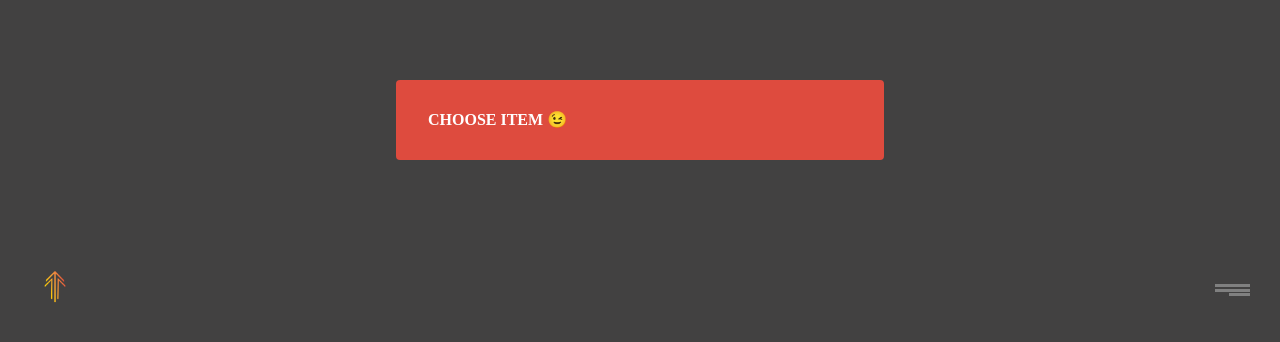
Repository: fdhhhdjd/React-Witth-Framer-Motion
Page: /
These files come from the project's save history. The page is drawn as it stood at one moment and after the next save; the edit follows.
The browser window is 1280 px wide. The pictures show the whole page.
The project was rebuilt for these pictures with package versions that can differ from the ones it lists, and the page was loaded fresh each time. Also part of the build but not shown: src/App.css.

Above is the page before, as saved 2021-10-11 20:54:55.

### src/index.css
body {
  margin: 0;
  font-family: -apple-system, BlinkMacSystemFont, 'Segoe UI', 'Roboto', 'Oxygen',
    'Ubuntu', 'Cantarell', 'Fira Sans', 'Droid Sans', 'Helvetica Neue',
    sans-serif;
  -webkit-font-smoothing: antialiased;
  -moz-osx-font-smoothing: grayscale;
  background-color: rgb(66, 65, 65);
}

code {
  font-family: source-code-pro, Menlo, Monaco, Consolas, 'Courier New',
    monospace;
}

### src/App.js
import logo from "./logo.svg";
import "./App.css";
import { Switch, BrowserRouter, Route } from "react-router-dom";
import { Dropdown, ChooseImg } from "./Import/Index";
function App() {
  return (
    <BrowserRouter>
      <Dropdown />
      <Switch>
        <Route exact path="/" component={ChooseImg} />
      </Switch>
    </BrowserRouter>
  );
}

export default App;

### src/Import/Index.js
export { default as Dropdown } from "../Page/Dropdown/Dropdown";
export { default as ChooseImg } from "../Component/ChooseImg/ChooseImg";

### src/Page/Dropdown/Dropdown.js
import React, { useState, useEffect } from "react";
import "./Dropdown.css";
import "./reset.css";
import {
  useRouteMatch,
  Link,
  Switch,
  Route,
  useLocation,
} from "react-router-dom";
const Dropdown = () => {
  const [select, setSelect] = useState("Choose Item 😉 ");
  const location = useLocation();
  useEffect(() => {
    if (location.pathname === "/mg") {
      setSelect("Choose Image");
    }
  }, [location]);
  const option = [
    {
      id: 1,
      name: "Choose Img",
      path: "/img",
    },
  ];
  return (
    <div class="dropdown">
      <div class="dropdown__select">
        <span class="dropdown__selected">{select}</span>
        <i class="fa fa-caret-down dropdown__caret"></i>
      </div>
      <ul class="dropdown__list">
        {option.map((item) => {
          return (
            <>
              <Link to={`${item.path}`} className="dropdown__item">
                <span class="dropdown__text">{item.name}</span>
              </Link>
            </>
          );
        })}
      </ul>
    </div>
  );
};

export default Dropdown;

### src/Component/ChooseImg/ChooseImg.js
import React from "react";
import { AnimatePresence } from "framer-motion";
import { Route, Switch, useLocation } from "react-router-dom";
import Navigator from "../../Component/Navigator/Navigator";
import "./ChooseImg.css";
const ChooseImg = () => {
  return (
    <div>
      <Navigator />
    </div>
  );
};

export default ChooseImg;

### src/Page/Dropdown/Dropdown.css
html {
    font-size: 62.5%;
    font-family: "Poppins", sans-serif;
  }
  * {
    box-sizing: border-box;
  }
  :root {
    --primary: #de4b3e;
    --secondary: #c74237;
  }
  .dropdown {
    width: 100%;
    max-width: 30.5rem;
    margin: 5rem auto;
    position: relative;
    color: white;
    text-transform: uppercase;
    font-size: 1rem;
    font-weight: bold;
    border-radius: 4px;
  }
  .dropdown__select {
    border-radius: inherit;
  }
  .dropdown__list {
    margin-top: 2.5rem;
    position: absolute;
    top: 100%;
    left: 0;
    right: 0;
    display: none;
  }
  .dropdown__list:before {
    content: "";
    height: 2.5rem;
    position: absolute;
    left: 0;
    right: 0;
    background-color: transparent;
    transform: translateY(-100%);
  }
  .dropdown:hover .dropdown__list {
    display: block;
  }
  .dropdown__select,
  .dropdown__item {
    width: 100%;
    padding: 2rem;
    background-color: var(--primary);
    display: flex;
    align-items: center;
    justify-content: space-between;
    cursor: pointer;
  }
  .dropdown__item {
    transition: background-color 0.2s linear;
  }
  .dropdown__item:first-child {
    border-radius: 4px 4px 0 0;
    position: relative;
  }
  .dropdown__item:first-child:before {
    content: "";
    position: absolute;
    top: 0;
    left: 3rem;
    border-left: 10px solid transparent;
    border-right: 10px solid transparent;
    border-bottom: 10px solid var(--primary);
    transform: translateY(-100%);
    transition: border-color 0.2s linear;
  }
  .dropdown__item:first-child:hover:before {
    border-bottom-color: var(--secondary);
  }
  .dropdown__item:last-child {
    border-radius: 0 0 4px 4px;
  }
  .dropdown__item:hover {
    background-color: var(--secondary);
  }

### src/Page/Dropdown/reset.css

html,
body,
div,
span,
applet,
object,
iframe,
h1,
h2,
h3,
h4,
h5,
h6,
p,
blockquote,
pre,
a,
abbr,
acronym,
address,
big,
cite,
code,
del,
dfn,
em,
img,
ins,
kbd,
q,
s,
samp,
small,
strike,
strong,
sub,
sup,
tt,
var,
b,
u,
i,
center,
dl,
dt,
dd,
ol,
ul,
li,
fieldset,
form,
label,
legend,
table,
caption,
tbody,
tfoot,
thead,
tr,
th,
td,
article,
aside,
canvas,
details,
embed,
figure,
figcaption,
footer,
header,
hgroup,
menu,
nav,
output,
ruby,
section,
summary,
time,
mark,
audio,
video {
  margin: 0;
  padding: 0;
  border: 0;
  font-size: 100%;
  font: inherit;
  vertical-align: baseline;
}
/* HTML5 display-role reset for older browsers */
article,
aside,
details,
figcaption,
figure,
footer,
header,
hgroup,
menu,
nav,
section {
  display: block;
}
body {
  line-height: 1;
}
ol,
ul {
  list-style: none;
}
blockquote,
q {
  quotes: none;
}
blockquote:before,
blockquote:after,
q:before,
q:after {
  content: "";
  content: none;
}
table {
  border-collapse: collapse;
  border-spacing: 0;
}

### src/Component/Navigator/Navigator.js
import React from "react";

const Navigator = () => {
  return (
    <div className="navigationBar">
      <div className="logo">
        <img className="logoImage" src="../images/logos/logo.png" alt="" />
      </div>
      <div className="dropdownMenu">
        <div className="dropdownIcon">
          <div className="bar first"></div>
          <div className="bar  second"></div>
          <div className="bar third"></div>
        </div>
      </div>
    </div>
  );
};

export default Navigator;

### src/Component/ChooseImg/ChooseImg.css
@import url("https://fonts.googleapis.com/css2?family=Archivo:ital,wght@0,100;0,200;0,300;0,400;0,500;0,600;0,700;0,800;0,900;1,100;1,200;1,300;1,400;1,500;1,600;1,700;1,800;1,900&display=swap");
* {
  padding: 0;
  margin: 0;
  box-sizing: border-box;
}

/* navigation bar */

.navigationBar {
  display: flex;
  justify-content: space-between;
  height: 100px;
  align-items: center;
}

.logoImage {
  width: 50px;
  margin: 15px 30px;
}
.dropdownIcon {
  display: flex;
  flex-direction: column;
  justify-content: space-between;
  width: 35px;
  height: 12px;
  margin: 0 30px;
}
.dropdownIcon .bar {
  background-color: gray;
  height: 3px;
  width: 100%;
}
.dropdownIcon .third {
  width: 60%;
  margin-left: 40%;
}

/* grid*/
.carsContainer {
  min-height: 100vh;
  text-align: center;
  margin-top: 1px;
  display: block;
}
.carsContainer h3 {
  font-family: "Archivo", sans-serif;
  font-size: 25px;
  color: gray;
  opacity: 0;
}

.cars {
  display: grid;
  grid-template-columns: repeat(3, 1fr);
  grid-column-gap: 20px;
  grid-row-gap: 20px;
  padding: 10px 120px;
}
.card {
  background: rgb(238, 238, 238);
  height: 200px;
  align-items: center;
  text-align: center;
  opacity: 0;
}
.card img {
  width: 90%;
  max-height: 75%;
  margin-top: 10%;
}

/* single product page */
.carcontainer {
  overflow: hidden;
  margin-top: -100px;
  min-height: 120vh;
}
.car {
  padding-top: 100px;
  min-height: 120vh;
  background: linear-gradient(to right, #fff 65%, tomato 30%);
  opacity: 0;
}
.car .navigateBack {
  font-size: 50px;
  color: tomato;
  cursor: pointer;
  margin-left: 30px;
  width: 0;
}
.imageAndText {
  display: flex;
  margin-top: -10px;
  justify-content: space-between;
}
.imageAndText img {
  width: 60vw;
  margin-left: 15%;
}
.carText {
  margin-right: 40px;
  font-family: -apple-system, BlinkMacSystemFont, "Segoe UI", Roboto, Oxygen,
    Ubuntu, Cantarell, "Open Sans", "Helvetica Neue", sans-serif;
}
.carText h3 {
  font-size: 30px;
  letter-spacing: 5px;
  color: #fff;
  margin-bottom: 40px;
  width: 300px;
}
.carText p {
  color: #fff;
  width: 300px;
  line-height: 20px;
  font-family: "Archivo", sans-serif;
}

Loaded but not shown: public/index.html (common file); src/index.js (common file); src/reportWebVitals.js (common file)

After the next save:
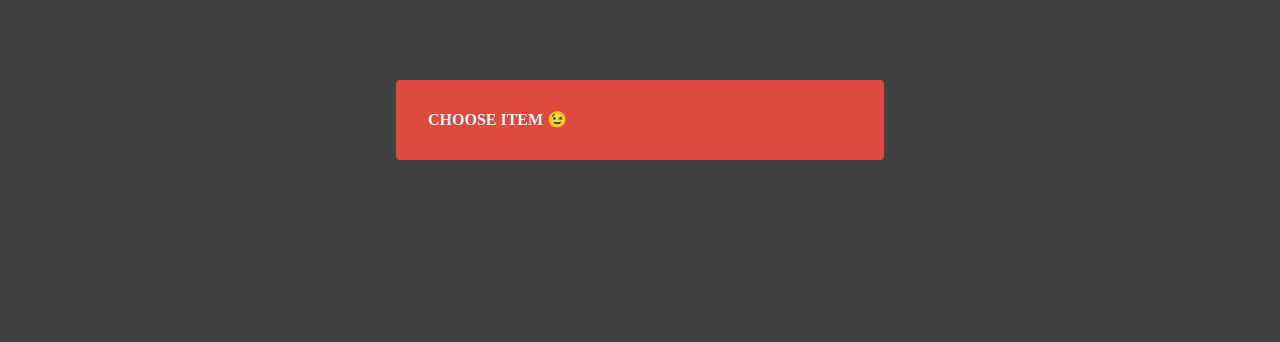
Saved 16 s later.
--- a/src/App.js
+++ b/src/App.js
@@ -5,9 +5,9 @@ import { Dropdown, ChooseImg } from "./Import/Index";
 function App() {
   return (
     <BrowserRouter>
-      <Dropdown />
       <Switch>
-        <Route exact path="/" component={ChooseImg} />
+        <Route exact path="/" component={Dropdown} />
+        <Route exact path="/img" component={ChooseImg} />
       </Switch>
     </BrowserRouter>
   );
